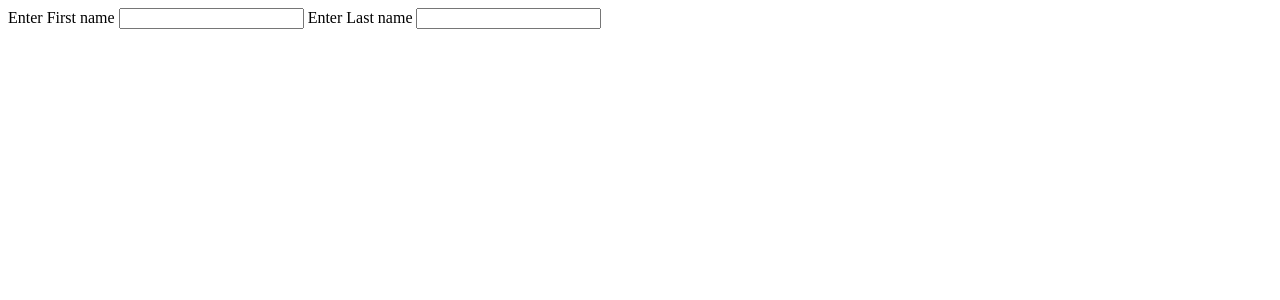
Repository: PraveenRai13/Servlet-Practice-Set
Page: Session_Management_demo/src/main/webapp/one.html
These files come from the project's save history. The page is drawn as it stood at one moment and after the next save; the edit follows.
The browser window is 1280 px wide. The pictures show the whole page.

Above is the page before, as saved 2022-09-06 04:27:21.

After the next save:
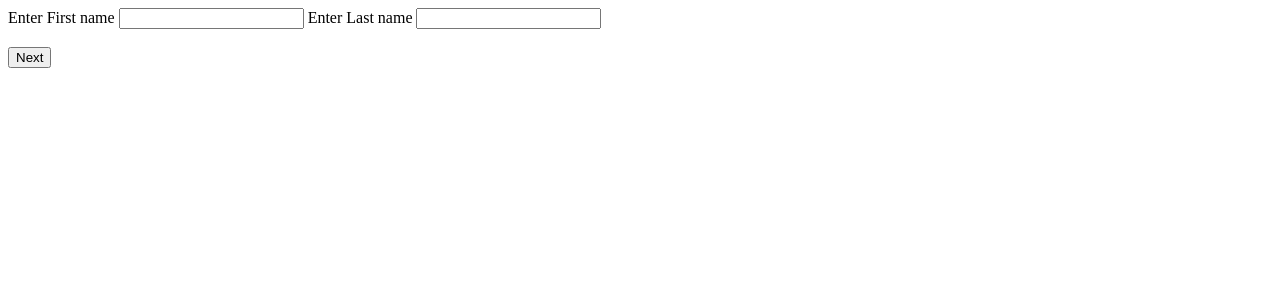
Saved 59 s later.
--- a/Session_Management_demo/src/main/webapp/one.html
+++ b/Session_Management_demo/src/main/webapp/one.html
@@ -8,6 +8,8 @@
 <form action="FirstServlet" method="post">
 Enter First name <input type="text" name ="fname">
 Enter Last name <input type="text" name = "fname">
+<br><br>
+<input type ="submit" value="Next">
 </form>
 </body>
 </html>
